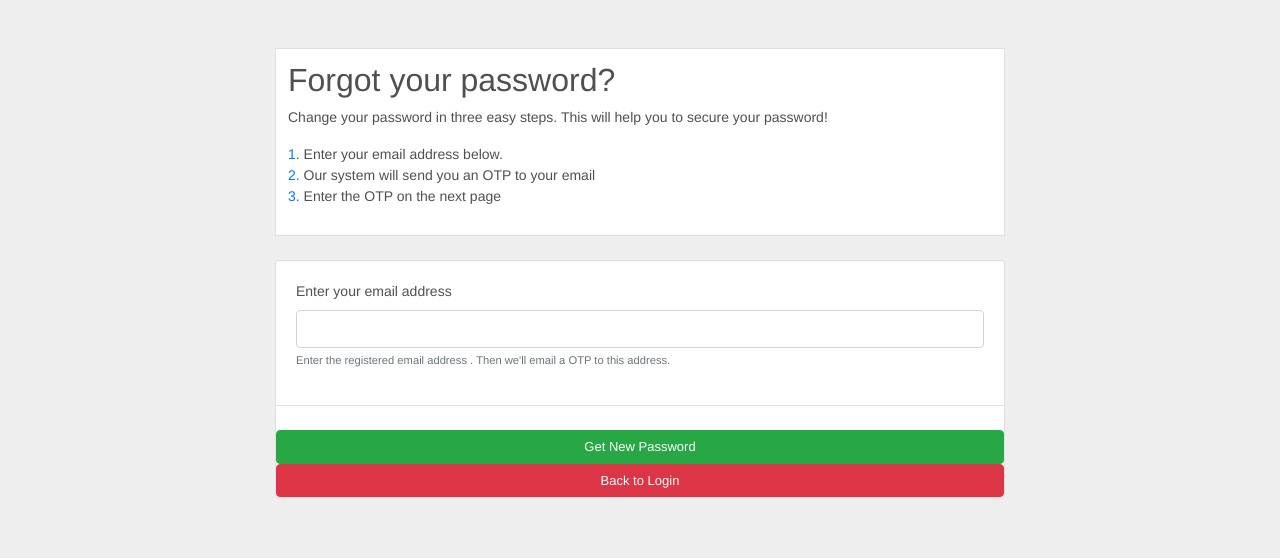
Repository: Hammam0827/maven-jenkins-exercise
Page: http://localhost/devops_project/forgotPassword.jsp
The author's editor kept a copy of each file at every save. The page is drawn from the files as they stood at one save, then again after the next save.
The browser window is 1280 px wide. The pictures show the whole page.
Some web libraries are served in a nearby version. The page is served by Tomcat 9. Other server files are loaded and not shown.

Above is the page before, as saved 2022-12-01 10:26:24.

### devops_project/src/main/webapp/forgotPassword.jsp
<!doctype html>
<html>
<head>
<meta charset='utf-8'>
<meta name='viewport' content='width=device-width, initial-scale=1'>
<title>Snippet - BBBootstrap</title>
<link
	href='https://stackpath.bootstrapcdn.com/bootstrap/4.1.1/css/bootstrap.min.css'
	rel='stylesheet'>
<link href='' rel='stylesheet'>
<script type='text/javascript'
	src='https://cdnjs.cloudflare.com/ajax/libs/jquery/3.2.1/jquery.min.js'></script>
<style>
body {
	background-position: center;
	background-color: #eee;
	background-repeat: no-repeat;
	background-size: cover;
	color: #505050;
	font-family: "Rubik", Helvetica, Arial, sans-serif;
	font-size: 14px;
	font-weight: normal;
	line-height: 1.5;
	text-transform: none
}

.forgot {
	background-color: #fff;
	padding: 12px;
	border: 1px solid #dfdfdf
}

.padding-bottom-3x {
	padding-bottom: 72px !important
}

.card-footer {
	background-color: #fff
}

.btn {
	font-size: 13px
}

.form-control:focus {
	color: #495057;
	background-color: #fff;
	border-color: #76b7e9;
	outline: 0;
	box-shadow: 0 0 0 0px #28a745
}
</style>
</head>
<body oncontextmenu='return false' class='snippet-body'>
	<div class="container padding-bottom-3x mb-2 mt-5">
		<div class="row justify-content-center">
			<div class="col-lg-8 col-md-10">
				<div class="forgot">
					<h2>Forgot your password?</h2>
					<p>Change your password in three easy steps. This will help you
						to secure your password!</p>
					<ol class="list-unstyled">
						<li><span class="text-primary text-medium">1. </span>Enter
							your email address below.</li>
						<li><span class="text-primary text-medium">2. </span>Our
							system will send you an OTP to your email</li>
						<li><span class="text-primary text-medium">3. </span>Enter
							the OTP on the next page</li>
					</ol>
				</div>
				<form class="card mt-4" action="forgotPassword" method="POST">
					<div class="card-body">
						<div class="form-group">
							<label for="email-for-pass">Enter your email address</label> <input
								class="form-control" type="text" name="email"
								id="email-for-pass" required=""><small
								class="form-text text-muted">Enter the registered email
								address . Then we'll email a OTP to this address.</small>
						</div>
					</div>
					<div class="card-footer">

					</div>
					<button class="btn btn-success" type="submit">Get New
							Password</button>

					<button class="btn btn-danger" type="submit" >Back to
							Login </button>
				</form>
			</div>
		</div>
	</div>
	<script type='text/javascript'
		src='https://stackpath.bootstrapcdn.com/bootstrap/4.1.1/js/bootstrap.bundle.min.js'></script>
	<script type='text/javascript' src=''></script>
	<script type='text/javascript' src=''></script>
	<script type='text/Javascript'></script>
</body>
</html>

After the next save:
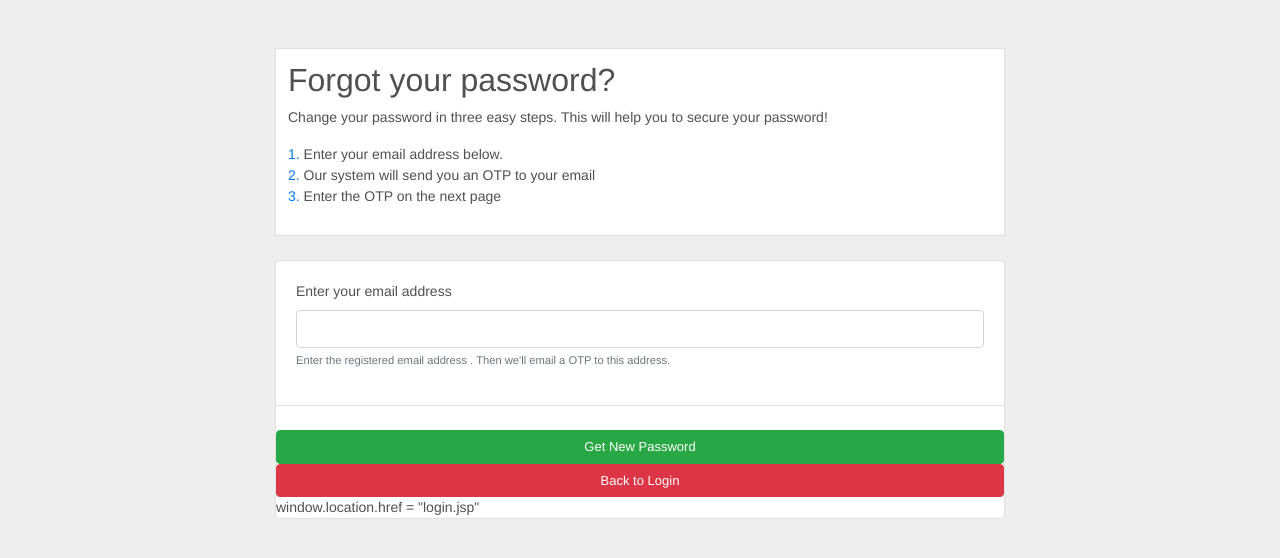
Saved 47 s later.
--- a/devops_project/src/main/webapp/forgotPassword.jsp
+++ b/devops_project/src/main/webapp/forgotPassword.jsp
@@ -86,6 +86,7 @@
 
 					<button class="btn btn-danger" type="submit" >Back to
 							Login </button>
+							window.location.href = "login.jsp"
 				</form>
 			</div>
 		</div>

After the save that followed:
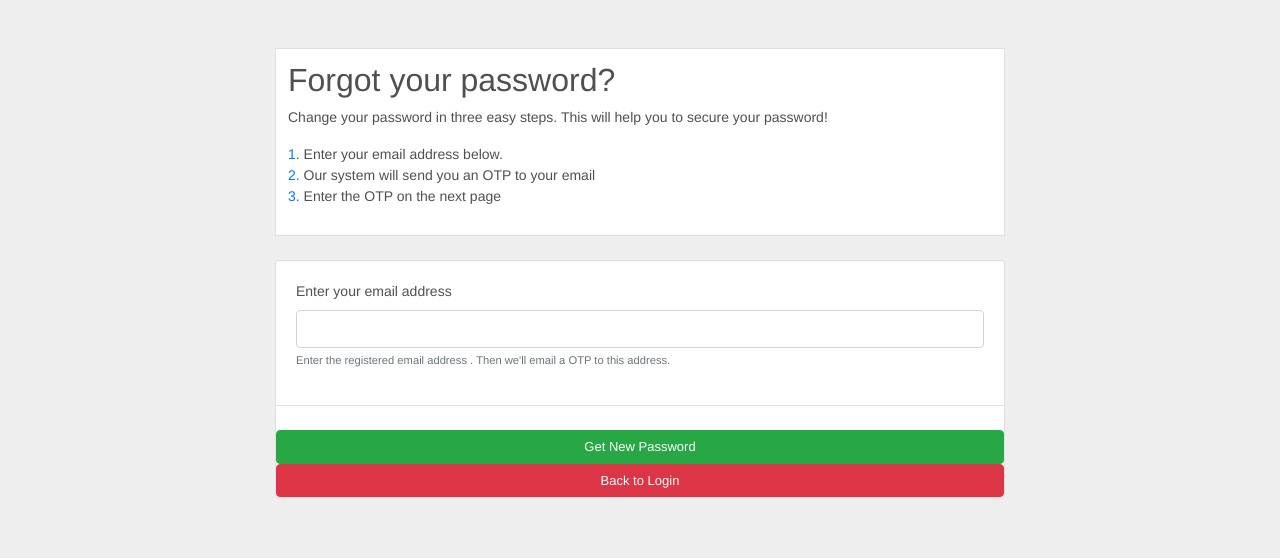
Saved 25 s later.
--- a/devops_project/src/main/webapp/forgotPassword.jsp
+++ b/devops_project/src/main/webapp/forgotPassword.jsp
@@ -84,9 +84,9 @@
 					<button class="btn btn-success" type="submit">Get New
 							Password</button>
 
-					<button class="btn btn-danger" type="submit" >Back to
+					<button class="btn btn-danger" type="submit" window.location.href = "login.jsp" >Back to
 							Login </button>
-							window.location.href = "login.jsp"
+
 				</form>
 			</div>
 		</div>
